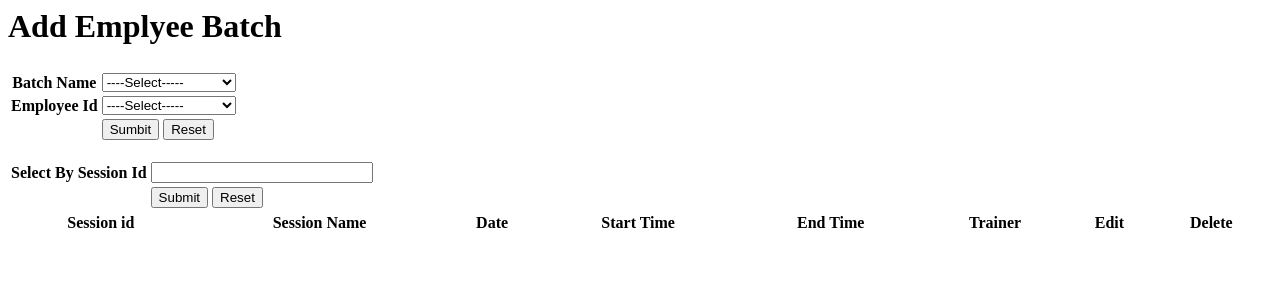
Repository: Dipak27/Dipak-s-front-end
Page: http://localhost/Traning_Management/batchemployeeadd.jsp
An editor plug-in stored every save of this project. The page is shown before and after the next save, followed by the edit.
The browser window is 1280 px wide. The pictures show the whole page.
The page is served by Tomcat 9. Other server files are loaded and not shown.

Above is the page before, as saved 2016-11-10 04:49:18.

### Training Management Project/Traning_Management/src/main/webapp/batchemployeeadd.jsp
	<!-- CONTENTS START -->

		<div class="container_24">
			<div class="grid_24">

				<div class="contents">

					<div class="padding_20">
						<h1>Add Emplyee Batch</h1>
					</div>
						<div class="grid_6 alpha">

								<div class="padding_20 text-justify" ng-controller="">
									<form ng-submit="myMethod()">
									<table class="form-table" style="width:auto">
										<tr>
                        						<td><input type="hidden" ng-model="batch.batchId"></td>
                        					</tr>
                        					<tr>
												<th>
														Batch Name
												</th>
												<td>
													<select id="select1"  class="validate[required]" ng-model="" style="width:120%"  >
													<option value="null">----Select-----</option>

                                        			</select>												</td>

											</tr>

												<tr>
												<th>
													Employee Id
												</th>
												<td>
													<select id="select1"  class="validate[required]" ng-model="" style="width:120%"  >
													<option value="null">----Select-----</option>
                                        			</select>											</td>

											</tr>

										<tr>
											<th>
												&nbsp;
											</th>
											<td>
												<input id="Submit1" type="submit" value="Sumbit"  />
												<input id="Reset1" type="reset" value="Reset" onclick="this.form.clear();" />
											</td>
										</tr>

									</table>
								</form>
							</div>

						</div>

						<div class="grid_28 omega">

							<div class="padding_20 text-justify" ng-controller="">
								<form id="frmMain"  class="frmMain" action="#" method="post">
									<table class="form-table" style="width:auto">

											<tr>
												<th>
													Select By Session Id
												</th>
												<td><input type="text" class="validate[required]" name="title" style="width:120%" value=""></td>

											</tr>

										<tr>
											<th>
												&nbsp;
											</th>
											<td>
												<input id= "Submit1" type="submit" value="Submit"/>
												<input id="Reset1" type="reset" value="Reset" onclick="this.form.clear();" />
										</td>
										</tr>


												<table border='0' width='100%' class='table11'>
												<tr>
														<th>Session id</th>
														<th>Session Name</th>
														<th>Date</th>
														<th>Start Time</th>
														<th>End Time</th>
														<th>Trainer</th>
														<th>Edit</th>
														<th>Delete</th>

												</tr>


													<tr>

														<td></td>
														<td></td>
														<td></td>
														<td></td>
														<td></td>
														<td></td>
														<td></td>
														<td></td>


														</tr>

												     </table>

												<script type='text/javascript'>alert('Records Not Found')</script>

									</table>
								</form>
							</div>

						</div>


					<div class="clear"></div>
				</div>
			</div>
		</div>
		<div class="clear"> </div>

		<!-- CONTENTS END -->

After the next save:
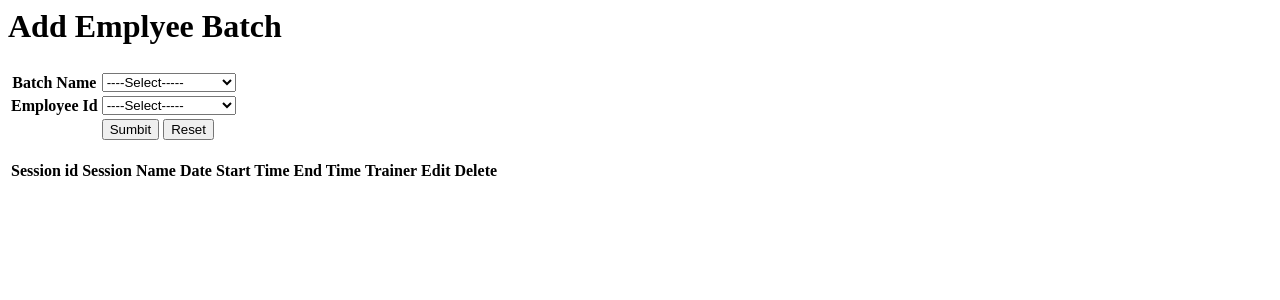
Saved 46 s later.
--- a/Training Management Project/Traning_Management/src/main/webapp/batchemployeeadd.jsp
+++ b/Training Management Project/Traning_Management/src/main/webapp/batchemployeeadd.jsp
@@ -62,26 +62,6 @@
 									<table class="form-table" style="width:auto">
 
 											<tr>
-												<th>
-													Select By Session Id
-												</th>
-												<td><input type="text" class="validate[required]" name="title" style="width:120%" value=""></td>
-
-											</tr>
-
-										<tr>
-											<th>
-												&nbsp;
-											</th>
-											<td>
-												<input id= "Submit1" type="submit" value="Submit"/>
-												<input id="Reset1" type="reset" value="Reset" onclick="this.form.clear();" />
-										</td>
-										</tr>
-
-
-												<table border='0' width='100%' class='table11'>
-												<tr>
 														<th>Session id</th>
 														<th>Session Name</th>
 														<th>Date</th>
@@ -108,7 +88,7 @@
 
 														</tr>
 
-												     </table>
+
 
 												<script type='text/javascript'>alert('Records Not Found')</script>
 

After the save that followed:
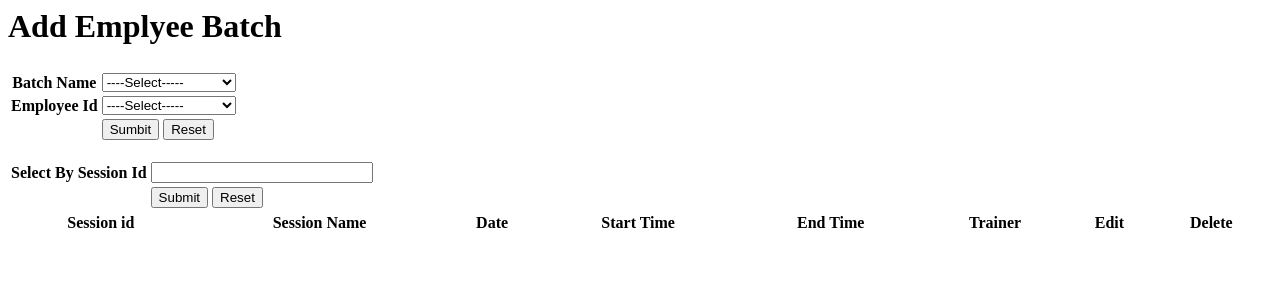
Saved 38 s later.
--- a/Training Management Project/Traning_Management/src/main/webapp/batchemployeeadd.jsp
+++ b/Training Management Project/Traning_Management/src/main/webapp/batchemployeeadd.jsp
@@ -62,6 +62,26 @@
 									<table class="form-table" style="width:auto">
 
 											<tr>
+												<th>
+													Select By Session Id
+												</th>
+												<td><input type="text" class="validate[required]" name="title" style="width:120%" value=""></td>
+
+											</tr>
+
+										<tr>
+											<th>
+												&nbsp;
+											</th>
+											<td>
+												<input id= "Submit1" type="submit" value="Submit"/>
+												<input id="Reset1" type="reset" value="Reset" onclick="this.form.clear();" />
+										</td>
+										</tr>
+
+
+												<table border='0' width='100%' class='form-table'>
+												<tr>
 														<th>Session id</th>
 														<th>Session Name</th>
 														<th>Date</th>
@@ -88,7 +108,7 @@
 
 														</tr>
 
-
+												     </table>
 
 												<script type='text/javascript'>alert('Records Not Found')</script>
 
